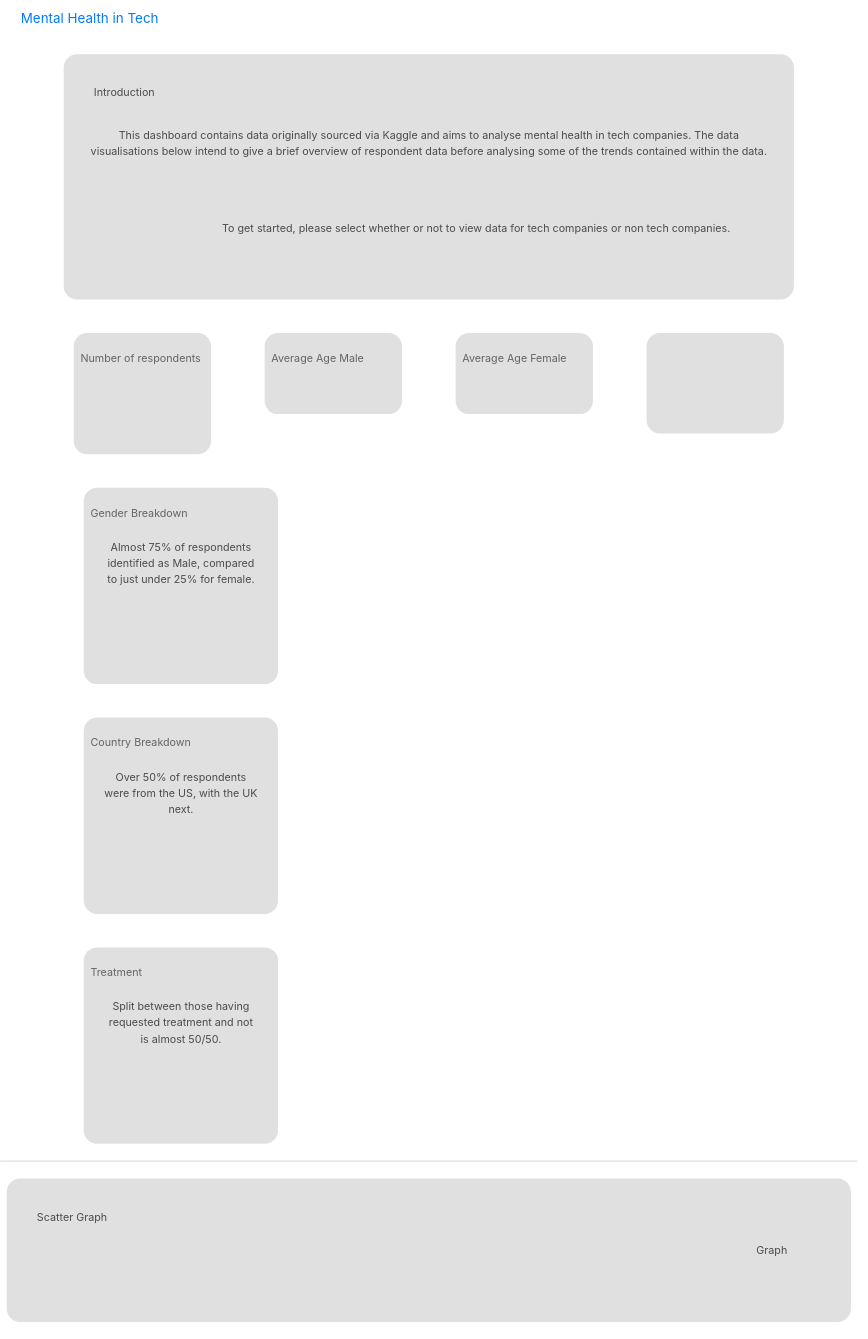
Repository: martingr1/mhdashboard
Page: index.html
The author's editor kept a record of every edit. The page is drawn from the files as they stood at one moment, then again after the next edit.
The browser window is 1280 px wide. The page is 1295 px wide, so the pictures cover 1295 px, including what lies to the right of the window. The pictures show the whole page, at 67% of full size.
Some web libraries are served in a nearby version.

Above is the page before.
Console error: SyntaxError: missing ) after argument list

### index.html
<html>

<head>

    <meta charset="UTF-8">
    <meta name="viewport" content="width=device-width, initial-scale=1.0">
    <meta http-equiv="X-UA-Compatible" content="ie=edge">
    <title>Mental Health in Tech</title>

    <link rel="stylesheet" href="static/css/bootstrap.min.css" type="text/css" />
    <link rel="stylesheet" href="static/css/dc.min.css" type="text/css" />
    <link rel="stylesheet" type="text/css" href="https://maxcdn.bootstrapcdn.com/font-awesome/4.7.0/css/font-awesome.min.css">
    <link rel="stylesheet" href="static/css/style.css" type="text/css" />


    <script type="text/javascript" src="static/js/d3.min.js"></script>
    <script type="text/javascript" src="static/js/crossfilter.min.js"></script>
    <script type="text/javascript" src="static/js/dc.min.js"></script>
    <script type="text/javascript" src="static/js/queue.min.js"></script>
    <script type="text/javascript" src="static/js/graph.js"></script>

</head>

<body class="background-image">

    <nav class="navbar navbar-default">
        <div class="container-fluid">
            <div class="navbar-header">
                <a class="navbar-brand" href="#">Mental Health in Tech</a>
            </div>
        </div>
    </nav>

    <section class="section container col-container">
        <div class="row">
            <article class="article col-lg-12">
                <div class="row text-center">
                    <div class="row intro-box">
                        <div class="row text-center chart-text">Introduction</div>
                        <hr class="line">
                        <div class="row text-center">
                            <p class="chart-text">This dashboard contains data originally sourced via Kaggle and aims to analyse mental health in tech companies. The data visualisations below intend to give a brief overview of respondent data before analysing some of the trends
                                contained within the data. </p>
                        </div>
                        <hr class="line">
                        <div class="chart" id="select_company">
                            <p class="chart-text">To get started, please select whether or not to view data for tech companies or non tech companies.</p>
                        </div>
            </article>
            </div>
            <div class="row">
                <article class="article col-xs-12 col-sm-6 col-lg-3">

                    <div class="row no-gutters text-center">
                        <div class="row content-box">
                            <div class="row">
                                <div class="text-center">Number of respondents</div>
                                <hr class="line">
                                <div>
                                    <p class="chart-text"></p>
                                </div>
                                <div class="row">
                                    <div class="chart" id=" "></div>
                                </div>
                            </div>
                        </div>
                    </div>
                </article>

                <article class="article col-xs-12 col-sm-6 col-lg-3">
                    <div class="row no-gutters text-center">
                        <div class="row content-box">
                            <div class="row">
                                <div class="text-center">Average Age Male</div>
                                <hr class="line">
                                <div>
                                    <p class="chart-text"></p>
                                </div>
                                <div class="row">
                                    <div class="age_display" id="average_age_male"></div>
                                </div>
                            </div>
                        </div>
                    </div>
                </article>

                <article class="article col-xs-12 col-sm-6 col-lg-3">
                    <div class="row no-gutters text-center">
                        <div class="row content-box">
                            <div class="row">
                                <div class="text-center">Average Age Female</div>
                                <hr class="line">
                                <div>
                                    <p class="chart-text"></p>
                                </div>
                                <div class="row">
                                    <div class="age_display" id="average_age_gender"></div>
                                </div>
                            </div>
                        </div>
                    </div>
                </article>

                <article class="article col-xs-12 col-sm-6 col-lg-3">
                    <div class="row no-gutters text-center">
                        <div class="row content-box">
                            <div class="row">
                                <div class="text-center"></div>
                                <hr class="line">
                                <div>
                                    <p class="chart-text"></p>
                                </div>
                                <div class="row">
                                    <div class="chart" id=" "></div>
                                </div>
                            </div>
                        </div>
                    </div>
                </article>
            </div>
            <article class="article col-xs-12 col-sm-6 col-lg-4">
                <div class="row no-gutters text-center">
                    <div class="row content-box">
                        <div class="row">
                            <div class="text-center">Gender Breakdown</div>
                            <hr class="line">
                            <div>
                                <p class="chart-text">Almost 75% of respondents identified as Male, compared to just under 25% for female.</p>
                            </div>
                            <div class="row">
                                <div class="chart" id="gender_breakdown"></div>
                            </div>
                        </div>
                    </div>
                </div>
            </article>

            <article class="article col-xs-12 col-sm-6 col-lg-4">
                <div class="row no-gutters text-center">
                    <div class="row content-box">
                        <div class="row">
                            <div class="text-center">Country Breakdown</div>
                            <hr class="line">
                            <div>
                                <p class="chart-text">Over 50% of respondents were from the US, with the UK next.</p>
                            </div>
                            <div class="row">
                                <div class="chart" id="country_breakdown"></div>
                            </div>
                        </div>
                    </div>
            </article>

            <article class="article col-xs-12 col-sm-6 col-lg-4">
                <div class="row no-gutters text-center">
                    <div class="row content-box">
                        <div class="row">
                            <div class="text-center">Treatment</div>
                            <hr class="line">
                            <div>
                                <p class="chart-text">Split between those having requested treatment and not is almost 50/50.</p>
                            </div>
                            <div class="row">
                                <div class="chart" id="treatment_chart"></div>
                            </div>
                        </div>
                    </div>
            </article>
    </section>

    <div class="card" id="average_age"></div>

    <div class="row">
        <article class="article col-lg-12">
            <div class="row text-center">
                <div class="row intro-box">
                    <div class="row text-center chart-text">Scatter Graph</div>
                    <hr class="line">
                    <div class="row text-center">
                        <p class="chart-text"> </p>
                    </div>
                    <div class="chart" id="">
                        <p class="chart-text">Graph</p>
                    </div>
        </article>
        </div>

        <script src="https://code.jquery.com/jquery-3.2.1.js" integrity="sha256-DZAnKJ/6XZ9si04Hgrsxu/8s717jcIzLy3oi35EouyE=" crossorigin="anonymous"></script>

</body>

</html>

### static/css/style.css
/*.background-image {
	background-image: url("static/images/clouds_sunset_sky_119785_3840x2400.jpg");
	background-position: center center;
} */

.intro-box {
	box-sizing: border-box;
	border-radius: 20px;
	background-color: #D3D3D3;
	opacity: 0.7;
	display: flex;
	width: 100%;
	height: auto;
	margin: 25px;
	padding: 25px;
}

.content-box {
	box-sizing: border-box;
	border-radius: 20px;
	background-color: #D3D3D3;
	opacity: 0.7;
	display: flex;
	width: 100%;
	height: auto;
	margin: 25px;
	padding: 25px;
}

.chart {
	height: auto;
	margin: 25px;
	padding: 25px;
}

.chart-text {
	font-size: medium;
	color: black;
	margin: 10px;
	padding: 10px;
}

.line {
	margin: 15px auto 15px;
	color: #FFFFFF;
	max-width: 75%;
}

### static/js/graph.js
queue()
    .defer(d3.csv, "data/mhsurvey2.csv")
    .await(makeGraphs);

function makeGraphs(error, healthData) {

    var ndx = crossfilter(healthData);

    var parseDate = d3.time.format("%d/%m/%Y").parse;


    healthData.forEach(function(d) {
        d.age = parseInt(d.age);
        d.date = parseDate(d.date);

    })

    show_average_age_gender(ndx, "Female", "#average_age_gender");
    show_average_age_gender(ndx, "Male", "#average_age_male");

    show_select_company(ndx);
    show_gender_breakdown(ndx);
    show_country_breakdown(ndx);
    show_treatment_levels(ndx);

    show_treatment_timeline(ndx);


    dc.renderAll();
}

function show_select_company(ndx) {
    var dim = ndx.dimension(dc.pluck("techcompany"));
    var group = dim.group();

    dc.selectMenu("#select_company")
        .dimension(dim)
        .group(group);
}

function show_gender_breakdown(ndx) {

    var dim = ndx.dimension(dc.pluck("gender"));
    var group = dim.group();

    dc.pieChart('#gender_breakdown')
        .height(200)
        .radius(480)
        .transitionDuration(500)
        .dimension(dim)
        .group(group);
}

function show_country_breakdown(ndx) {

    var dim = ndx.dimension(dc.pluck("country"));
    var group = dim.group();

    dc.pieChart('#country_breakdown')
        .height(200)
        .radius(400)
        .transitionDuration(500)
        .dimension(dim)
        .group(group);
}

function show_treatment_levels(ndx) {

    var dim = ndx.dimension(dc.pluck("treatment"));
    var group = dim.group();

    dc.barChart('#treatment_chart')
        .width(300)
        .height(200)
        .margins({ top: 10, right: 50, bottom: 30, left: 50 })
        .dimension(dim)
        .group(group)
        .x(d3.scale.ordinal())
        .xUnits(dc.units.ordinal)
}

function show_average_age_gender(ndx, gender, element) {
    var averageAgeByGender = ndx.groupAll().reduce(
        function(p, v) {
            if (v.gender === gender) {
                p.count++;
                p.total += v.age;
                p.average = p.total / p.count;
            }
            return p;
        },

        function(p, v) {
            if (v.gender === gender) {

                p.count--;
                p.total += v.age;
                p.average = p.total / p.count;
            }
            else {
                p.total -= v.age;
                p.average = p.total / p.count;
            }
            return p;
        },

        function() {
            return { count: 0, total: 0, average: 0 };
        },
    );

    dc.numberDisplay(element)
        .formatNumber(d3.format(".0f"))
        .valueAccessor(function(d) {
            if (d.count == 0) {
                return 0;
            }
            else {
                return (d.total / d.count);
            }
        })
        .group(averageAgeByGender);
}

function show_treatment_timeline(ndx) {
    var date_dim = ndx.dimension(dc.pluck('date'));
    var treatment = date_dim.group().reduce(
        function (p,v) {
            if (v.treatment === 'Yes') {
                p.count ++;
                p.total += v.treatment;
            }
            return p;
        }
        function (p,v) {
            if (v.treatment === )

        }

        )

    var minDate = date_dim.bottom(1)[0].date;
    var maxDate = date_dim.top(1)[0].date;

    dc.lineChart("#treatment_timeline")
        .width(1000)
        .height(300)
        .margins({ top: 10, right: 50, bottom: 30, left: 50 })
        .dimension(date_dim)
        .group(treatment)
        .transitionDuration(500)
        .x(d3.time.scale().domain([minDate, maxDate]))
        .xAxisLabel("Year")
        .yAxis().ticks(4);
}

Loaded but not shown: static/css/bootstrap.min.css (library); static/css/dc.min.css (library); static/js/d3.min.js (library); static/js/crossfilter.min.js (library); static/js/dc.min.js (library); static/js/queue.min.js (common file)

After the next edit:
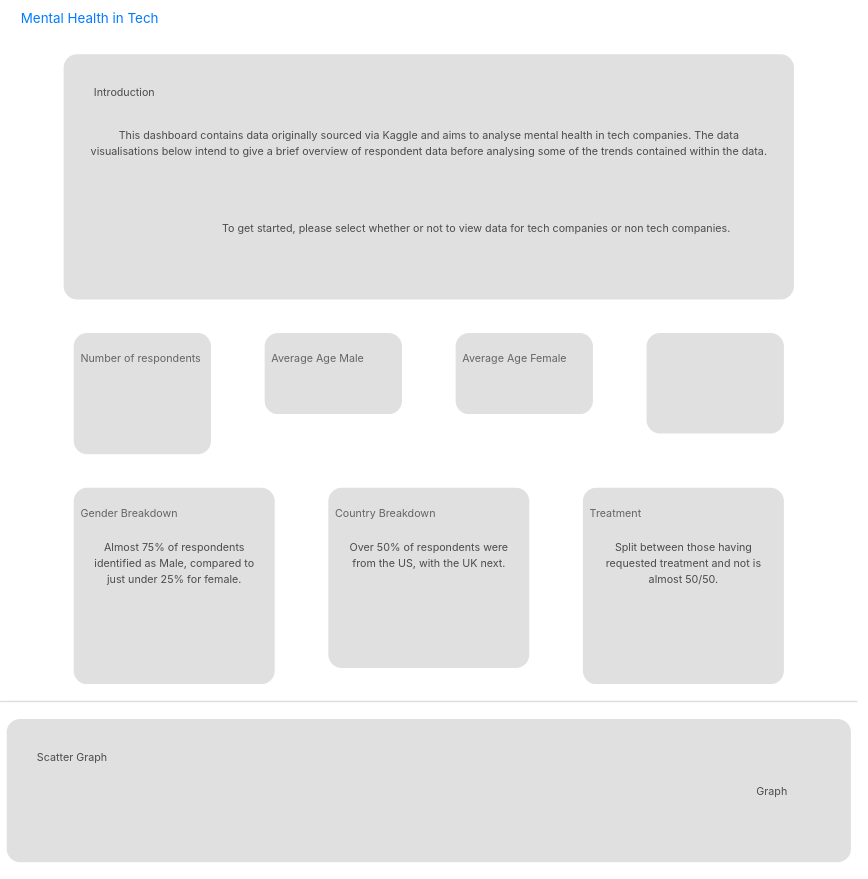
The edit:
--- a/index.html
+++ b/index.html
@@ -118,6 +118,8 @@
                     </div>
                 </article>
             </div>
+
+            <div class="row">
             <article class="article col-xs-12 col-sm-6 col-lg-4">
                 <div class="row no-gutters text-center">
                     <div class="row content-box">
